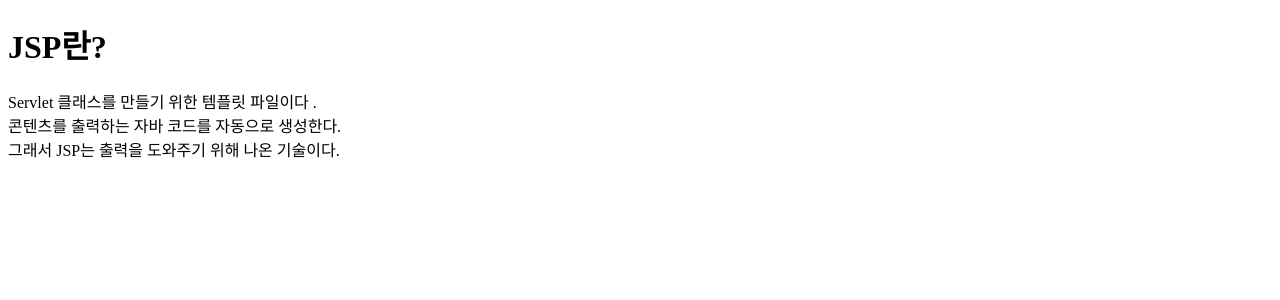
Repository: soso1525/bitcamp
Page: http://localhost/java-web/jsp_exams/ex1/test02.jsp
An editor plug-in stored every save of this project. The page is shown before and after the next save, followed by the edit.
The browser window is 1280 px wide. The pictures show the whole page.
The page is served by Tomcat 9. Nobody is signed in. The application's start-up code is not run. Other server files are loaded and not shown.

Above is the page before, as saved 2017-12-14 05:22:18.

### workspace/java-web/src/main/webapp/jsp_exams/ex1/test02.jsp
<%@ page language="java" contentType="text/html; charset=UTF-8"
    pageEncoding="UTF-8"%>
<!DOCTYPE html>
<html>
<head>
<meta charset="UTF-8">
<title>ex1/test01</title>
</head>
<body>
<h1>JSP란?</h1>
<p>
Servlet 클래스를 만들기 위한 템플릿 파일이다 . <br>
콘텐츠를 출력하는 자바 코드를 자동으로 생성한다. <br>
그래서 JSP는 출력을 도와주기 위해 나온 기술이다. <br>
</p>
</body>
</html>

After the next save:
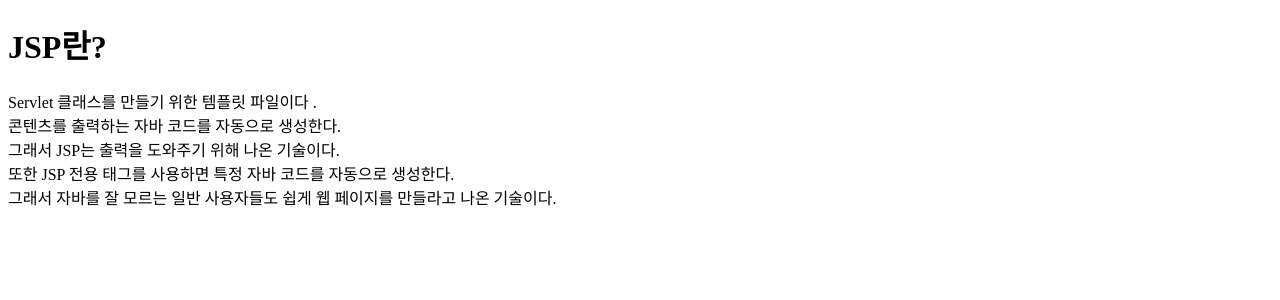
Saved 63 s later.
--- a/workspace/java-web/src/main/webapp/jsp_exams/ex1/test02.jsp
+++ b/workspace/java-web/src/main/webapp/jsp_exams/ex1/test02.jsp
@@ -12,6 +12,8 @@
 Servlet 클래스를 만들기 위한 템플릿 파일이다 . <br>
 콘텐츠를 출력하는 자바 코드를 자동으로 생성한다. <br>
 그래서 JSP는 출력을 도와주기 위해 나온 기술이다. <br>
+또한 JSP 전용 태그를 사용하면 특정 자바 코드를 자동으로 생성한다. <br>
+그래서 자바를 잘 모르는 일반 사용자들도 쉽게 웹 페이지를 만들라고 나온 기술이다. <br>
 </p>
 </body>
 </html>
